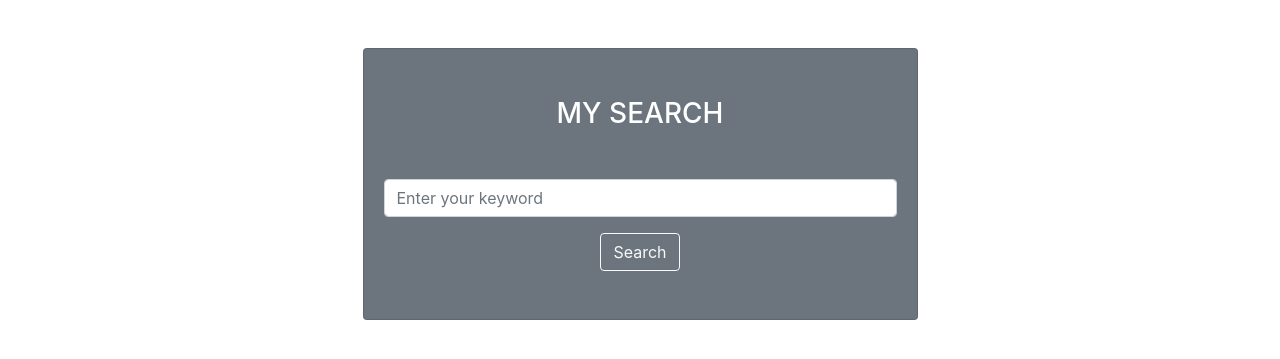
Repository: GovindParve/spring_mvc_maven_search_project
Page: http://localhost/springmvcsearch/home
An editor plug-in stored every save of this project. The page is shown before and after the next save, followed by the edit.
The browser window is 1280 px wide. The pictures show the whole page.
Some web libraries are served in a nearby version. The page is served by Tomcat 9. Other server files are loaded and not shown.

Above is the page before, as saved 2023-06-17 18:28:56.

### springmvcsearch/src/main/webapp/WEB-INF/spring-servlet.xml
<?xml version="1.0" encoding="UTF-8"?>

<!-- Configuration file -->

<beans xmlns="http://www.springframework.org/schema/beans"
	xmlns:xsi="http://www.w3.org/2001/XMLSchema-instance"
	xmlns:context="http://www.springframework.org/schema/context"
	xmlns:p="http://www.springframework.org/schema/p"
	xmlns:tx="http://www.springframework.org/schema/tx"
    xsi:schemaLocation="
        http://www.springframework.org/schema/beans
        http://www.springframework.org/schema/beans/spring-beans.xsd
        http://www.springframework.org/schema/context
        http://www.springframework.org/schema/context/spring-context.xsd
        http://www.springframework.org/schema/tx
        http://www.springframework.org/schema/tx/spring-tx.xsd
        ">


	<context:component-scan base-package="springmvcsearch"></context:component-scan>


	<bean
		 class="org.springframework.web.servlet.view.InternalResourceViewResolver"
		 name="viewResolver">
		<property name="prefix" value="/WEB-INF/views/" />
		<property name="suffix" value=".jsp" />

	</bean>



</beans>

### springmvcsearch/src/main/webapp/WEB-INF/views/home.jsp
<!doctype html>
<html lang="en">
  <head>
    <!-- Required meta tags -->
    <meta charset="utf-8">
    <meta name="viewport" content="width=device-width, initial-scale=1, shrink-to-fit=no">

    <!-- Bootstrap CSS -->
    <link rel="stylesheet" href="https://cdn.jsdelivr.net/npm/bootstrap@4.0.0/dist/css/bootstrap.min.css" integrity="sha384-Gn5384xqQ1aoWXA+058RXPxPg6fy4IWvTNh0E263XmFcJlSAwiGgFAW/dAiS6JXm" crossorigin="anonymous">

    <title>Hello, world!</title>
  </head>
  <body>
    <div class="container">
    	<div class="card mx-auto mt-5 bg-secondary" style="width: 50%">
    		<div class="card-body py-5">

    			<h3 class="text-center text-white" style="text-transform: uppercase">My Search</h3>

    			<form action="" class="mt-5">
    				<div class="form-group">
    					<input type="text" name="querybox" placeholder="Enter your keyword" class="form-control" >
    				</div>
    				<div class="container text-center">
    					<button class="btn btn-outline-light">Search</button>
    				</div>
    			</form>
    		</div>
    	</div>
    </div>

    <!-- Optional JavaScript -->
    <!-- jQuery first, then Popper.js, then Bootstrap JS -->
    <script src="https://code.jquery.com/jquery-3.2.1.slim.min.js" integrity="sha384-KJ3o2DKtIkvYIK3UENzmM7KCkRr/rE9/Qpg6aAZGJwFDMVNA/GpGFF93hXpG5KkN" crossorigin="anonymous"></script>
    <script src="https://cdn.jsdelivr.net/npm/popper.js@1.12.9/dist/umd/popper.min.js" integrity="sha384-ApNbgh9B+Y1QKtv3Rn7W3mgPxhU9K/ScQsAP7hUibX39j7fakFPskvXusvfa0b4Q" crossorigin="anonymous"></script>
    <script src="https://cdn.jsdelivr.net/npm/bootstrap@4.0.0/dist/js/bootstrap.min.js" integrity="sha384-JZR6Spejh4U02d8jOt6vLEHfe/JQGiRRSQQxSfFWpi1MquVdAyjUar5+76PVCmYl" crossorigin="anonymous"></script>
  </body>
</html>

### springmvcsearch/src/main/java/springmvcsearch/SearchController.java
package springmvcsearch;

import org.springframework.stereotype.Controller;
import org.springframework.web.bind.annotation.RequestMapping;

@Controller
public class SearchController {


	@RequestMapping("/home")
	public String home()
	{
		System.out.println("going to home");
		return "home";
	}

}

After the next save:
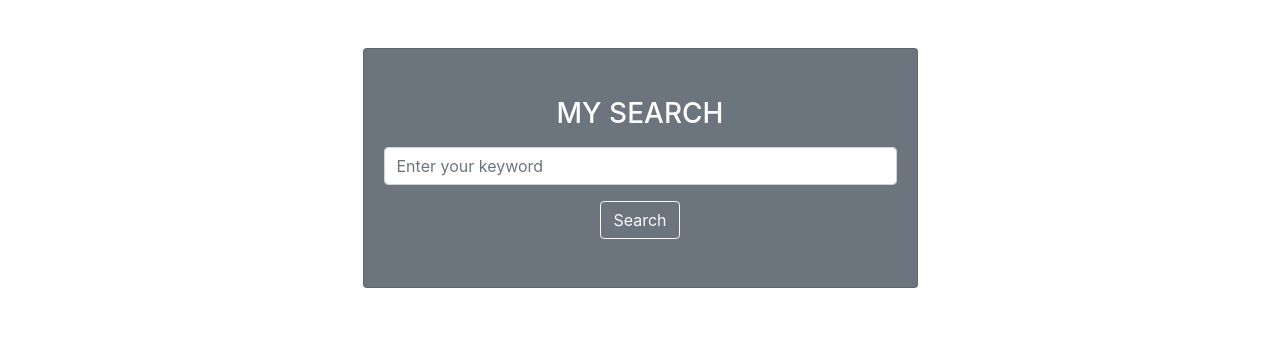
Saved 33 s later.
--- a/springmvcsearch/src/main/webapp/WEB-INF/views/home.jsp
+++ b/springmvcsearch/src/main/webapp/WEB-INF/views/home.jsp
@@ -17,7 +17,7 @@
 
     			<h3 class="text-center text-white" style="text-transform: uppercase">My Search</h3>
 
-    			<form action="" class="mt-5">
+    			<form action="" class="mt-3">
     				<div class="form-group">
     					<input type="text" name="querybox" placeholder="Enter your keyword" class="form-control" >
     				</div>
